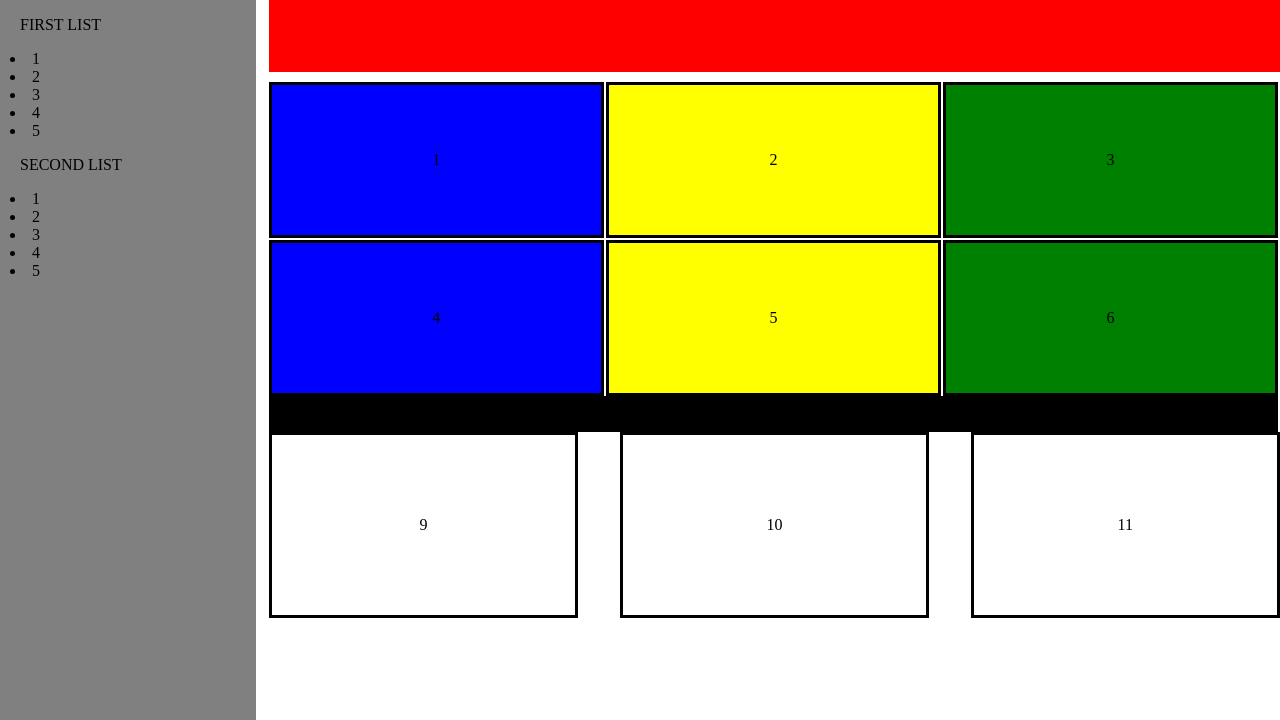
Repository: future4code/Gabriel-Ricarte
Page: Semana3/Aula02/Index.html
An editor plug-in stored every save of this project. The page is shown before and after the next save, followed by the edit.
The browser window is 1280 px wide. The pictures show the whole page.

Above is the page before, as saved 2019-11-12 19:06:36.

After the next save:
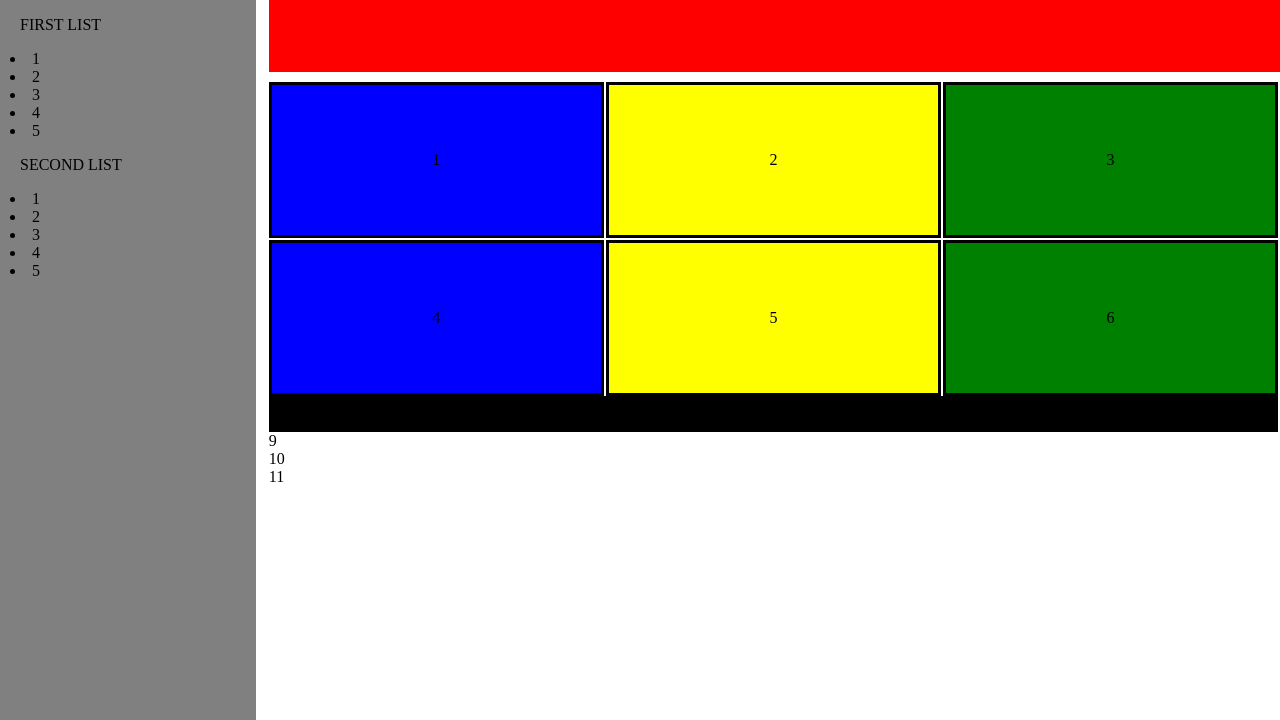
Saved 8 s later.
--- a/Semana3/Aula02/Index.html
+++ b/Semana3/Aula02/Index.html
@@ -53,7 +53,7 @@
                     <div id="quadrado1">7</div>
                     <div id="quadrado2">8</div>
                 </div>
-                <div class="ThirdContainerGrid">
+                <div class="">
                     <div id="quadrado9">9</div>
                     <div id="quadrado10">10</div>
                     <div id="quadrado11">11</div>
